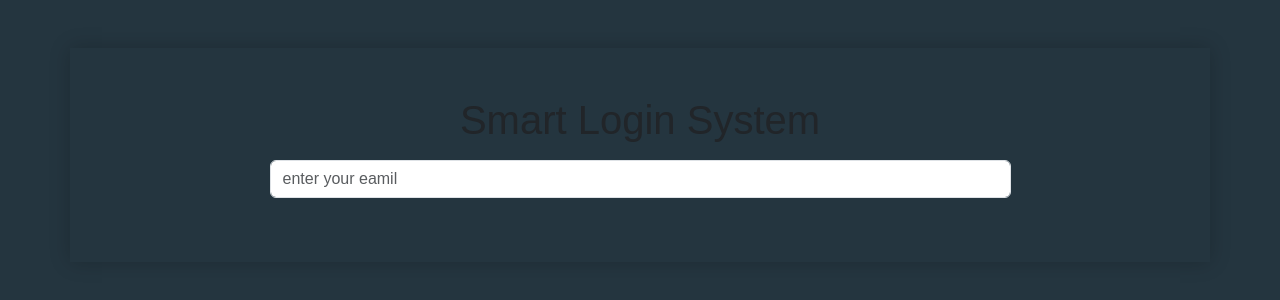
Repository: bodajava/TASK-4
Page: index.html
An editor plug-in stored every save of this project. The page is shown before and after the next save, followed by the edit.
The browser window is 1280 px wide. The pictures show the whole page.

Above is the page before, as saved 2025-06-16 18:26:25.

### index.html
<!DOCTYPE html>
<html lang="en">
  <head>
    <link rel="stylesheet" href="CSS/all.min.css" />
    <link rel="stylesheet" href="CSS/bootstrap.css" />
    <link rel="stylesheet" href="CSS/style.css" />
    <meta charset="UTF-8" />
    <meta name="viewport" content="width=device-width, initial-scale=1.0" />
    <title>Document</title>
  </head>
  <body>
    <div id="item" class="container my-5 text-center">
      <div class="m-auto w-75 p-5">
        <h1>Smart Login System</h1>
        <input
          type="text"
          class="form-control my-3"
          placeholder="enter your eamil"
          id="signinEmail"
        />
      </div>
    </div>

    <script src="js/bootstrap.bundle.min.js"></script>
    <script src="js/index.js"></script>
  </body>
</html>

### CSS/style.css
* {
  padding: 0;
  margin: 0;
  box-sizing: border-box;
}

body {
  background-color: #24353f;

  display: flex;
  justify-content: center;
  align-items: center;
  font-family: Arial, sans-serif;
}

#item {
  box-shadow: 0 0 20px rgba(0, 0, 0, 0.2);
  margin-left: 0px !important;
  margin-right: 0px !important;
}

Loaded but not shown: CSS/all.min.css (library); CSS/bootstrap.css (library); js/bootstrap.bundle.min.js (library); js/index.js (no copy from this time; the picture is the same without it)

After the next save:
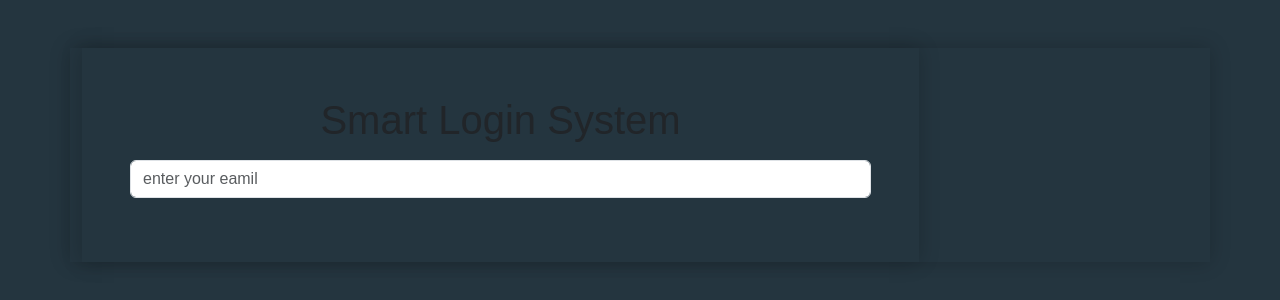
Saved 4 s later.
--- a/index.html
+++ b/index.html
@@ -10,7 +10,7 @@
   </head>
   <body>
     <div id="item" class="container my-5 text-center">
-      <div class="m-auto w-75 p-5">
+      <div id="item" class="m-auto w-75 p-5">
         <h1>Smart Login System</h1>
         <input
           type="text"

After the save that followed:
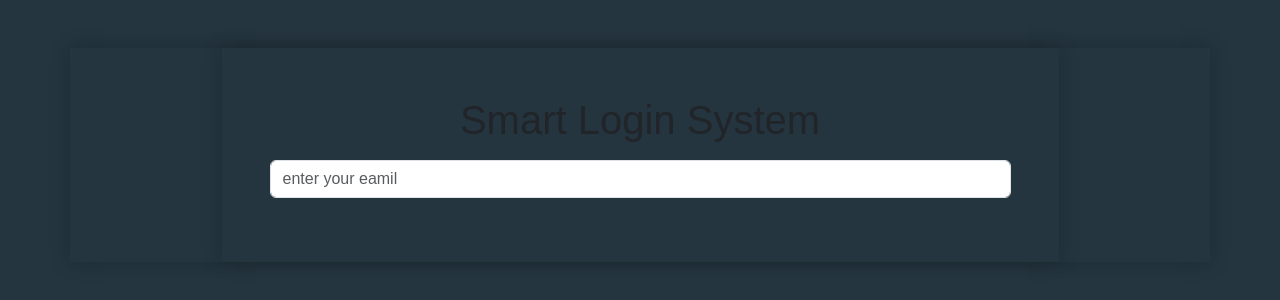
Saved 45 s later.
--- a/CSS/style.css
+++ b/CSS/style.css
@@ -15,6 +15,9 @@ body {
 
 #item {
   box-shadow: 0 0 20px rgba(0, 0, 0, 0.2);
+}
+
+#ITEM_2 {
   margin-left: 0px !important;
   margin-right: 0px !important;
 }
